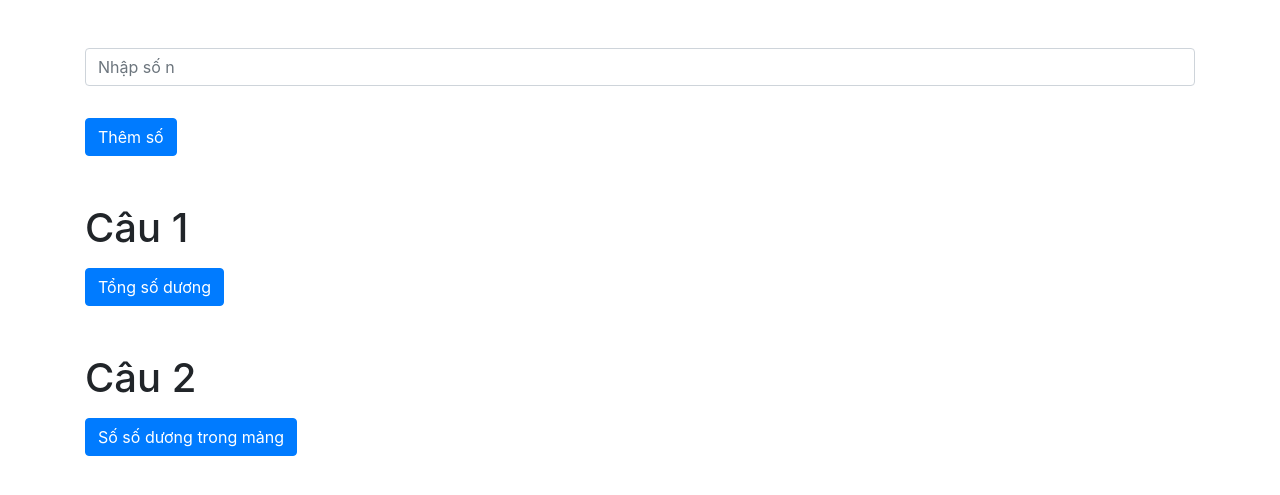
Repository: thanhfrankie/BC10-LeMinhThanh-Js-b7-8
Page: index.html
An editor plug-in stored every save of this project. The page is shown before and after the next save, followed by the edit.
The browser window is 1280 px wide. The pictures show the whole page.

Above is the page before, as saved 2023-12-27 21:29:24.

### index.html
<!doctype html>
<html lang="en">
  <head>
    <title>Title</title>
    <!-- Required meta tags -->
    <meta charset="utf-8">
    <meta name="viewport" content="width=device-width, initial-scale=1, shrink-to-fit=no">

    <!-- Bootstrap CSS -->
    <link rel="stylesheet" href="https://cdn.jsdelivr.net/npm/bootstrap@4.6.2/dist/css/bootstrap.min.css" integrity="sha384-xOolHFLEh07PJGoPkLv1IbcEPTNtaed2xpHsD9ESMhqIYd0nLMwNLD69Npy4HI+N" crossorigin="anonymous">

  </head>
  <body>
    <div class="container mt-4">
        <div class="form-group">

            <label for="nhap-so-n"></label>
            <input
              type="number"
              class="form-control"
              name=""
              id="nhap-so-n"
              aria-describedby="helpId"
              placeholder="Nhập số n"
              required
            />
          </div>
        <button
        type="button"
        onclick="themSo()"
        class="btn btn-primary mt-3"
        id="ket-qua-tuyen-sinh"
      >
        Thêm số
      </button>
      <!-- Câu 1 -->
      <h1 class="mt-5">Câu 1</h1>
        <p class="mt-3">
            <button class="btn btn-primary" type="button" data-toggle="collapse" data-target="#contentId" aria-expanded="false"
                    aria-controls="contentId">
                Tổng số dương
            </button>
          </p>
          <div class="collapse" id="contentId">

            <div class="btn btn-danger" onclick="tinhTong()">Tính tổng</div>
            <h2 id="tong-so-duong"></h2>
          </div>
          <!-- Câu 2 -->
          <h1 class="mt-5">Câu 2</h1>
          <p class="mt-3">
              <button class="btn btn-primary" type="button" data-toggle="collapse" data-target="#contentId" aria-expanded="false"
                      aria-controls="contentId">
                  Số số dương trong mảng
              </button>
            </p>
            <div class="collapse" id="contentId">

              <div class="btn btn-danger" onclick="tinhTong()">Tính tổng</div>
              <h2 id="tong-so-duong"></h2>
            </div>

    </div>




    <!-- Optional JavaScript -->
    <!-- jQuery first, then Popper.js, then Bootstrap JS -->
    <script src="https://cdn.jsdelivr.net/npm/jquery@3.5.1/dist/jquery.slim.min.js" integrity="sha384-DfXdz2htPH0lsSSs5nCTpuj/zy4C+OGpamoFVy38MVBnE+IbbVYUew+OrCXaRkfj" crossorigin="anonymous"></script>
    <script src="https://cdn.jsdelivr.net/npm/popper.js@1.16.1/dist/umd/popper.min.js" integrity="sha384-9/reFTGAW83EW2RDu2S0VKaIzap3H66lZH81PoYlFhbGU+6BZp6G7niu735Sk7lN" crossorigin="anonymous"></script>
    <script src="https://cdn.jsdelivr.net/npm/bootstrap@4.6.2/dist/js/bootstrap.min.js" integrity="sha384-+sLIOodYLS7CIrQpBjl+C7nPvqq+FbNUBDunl/OZv93DB7Ln/533i8e/mZXLi/P+" crossorigin="anonymous"></script>

    <script src="./index.js"></script>
  </body>
</html>

### index.js
var daySo = []
function clearInput() {
document.getElementById("nhap-so-n").value =""

}
function themSo() {
    var soThemVao = document.getElementById("nhap-so-n").value *1
    daySo.push(soThemVao)
    console.log("🥶 - daySo:", daySo)
    clearInput()
}

// câu 1: Tổng số dương
function tinhTong() {
    var tongCacSoDuong = 0
    for (i = 0; i < daySo.length; i++) {
        if (daySo[i] > 0) {
            tongCacSoDuong = tongCacSoDuong + daySo[i]
        }
    }
    var ketqua = document.getElementById("tong-so-duong")
    ketqua.innerHTML = `Tổng số dương: ${tongCacSoDuong}`
}

After the next save:
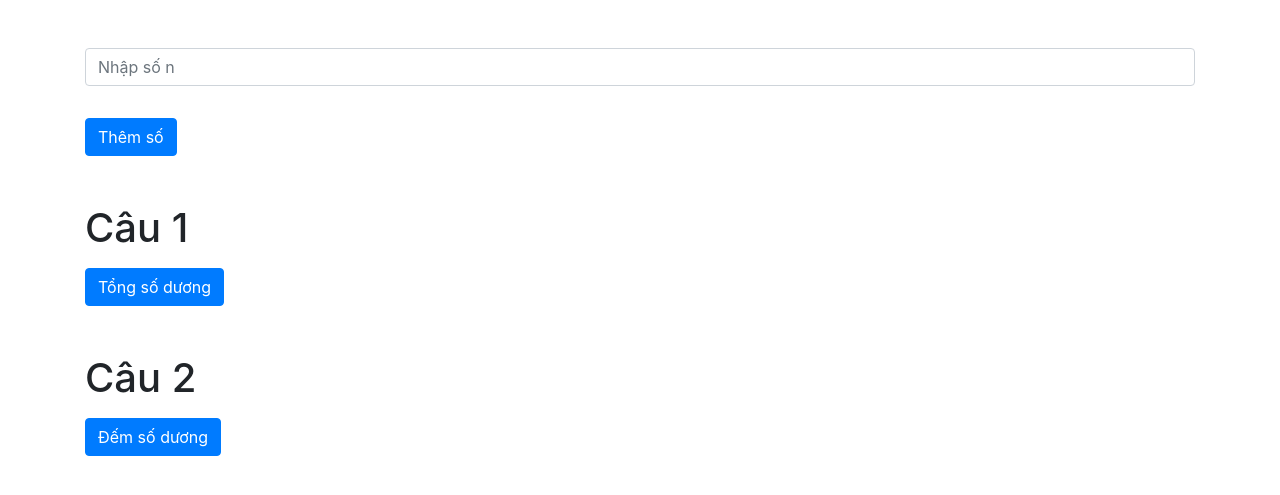
Saved 17 s later.
--- a/index.html
+++ b/index.html
@@ -51,7 +51,7 @@
           <p class="mt-3">
               <button class="btn btn-primary" type="button" data-toggle="collapse" data-target="#contentId" aria-expanded="false"
                       aria-controls="contentId">
-                  Số số dương trong mảng
+                  Đếm số dương
               </button>
             </p>
             <div class="collapse" id="contentId">
